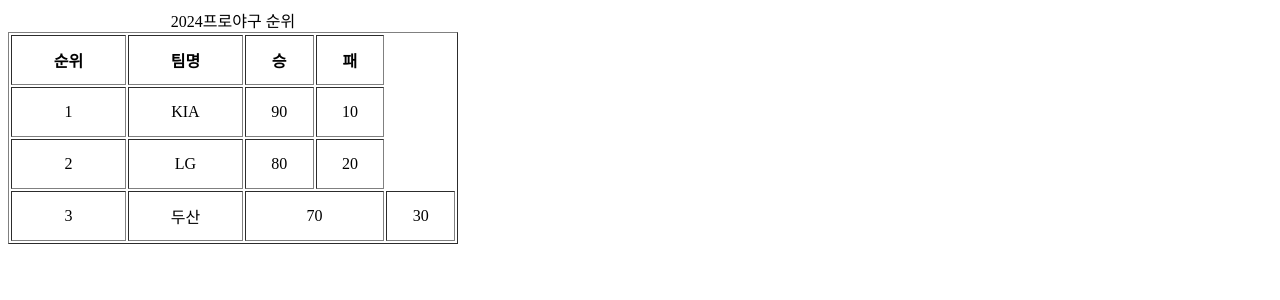
Repository: angelSuho/KCC_Learning_Repo
Page: Html/WebContent/table.html
These files come from the project's save history. The page is drawn as it stood at one moment and after the next save; the edit follows.
The browser window is 1280 px wide. The pictures show the whole page.

Above is the page before, as saved 2024-07-08 05:27:33.

### Html/WebContent/table.html
<!DOCTYPE html>
<html>
<head>
<meta charset="UTF-8">
<title>Insert title here</title>
</head>
<body>
	<table width="450" border="1">
		<caption>2024프로야구 순위</caption>
		<thead>
			<tr height="50" align="center">
				<th>순위</th>
				<th>팀명</th>
				<th>승</th>
				<th>패</th>
			</tr>
		</thead>
		<tbody>
			<tr height="50" align="center">
			<td>1</td>
			<td>KIA</td>
			<td>90</td>
			<td>10</td>
			</tr>
			<tr height="50" align="center">
			<td>2</td>
			<td>LG</td>
			<td>80</td>
			<td>20</td>
			</tr>
			<tr height="50" align="center">
			<td>3</td>
			<td>두산</td>
			<td colspan="2">70</td>
			<td>30</td>
			</tr>
		</tbody>
	</table>
</body>
</html>

After the next save:
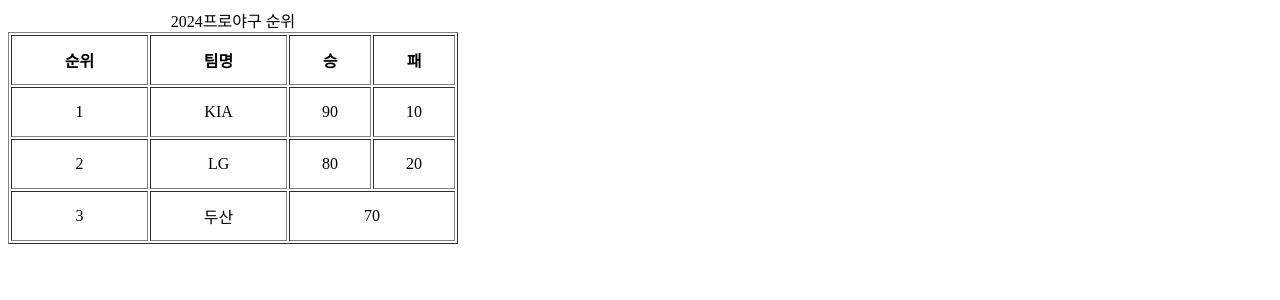
Saved 21 s later.
--- a/Html/WebContent/table.html
+++ b/Html/WebContent/table.html
@@ -32,7 +32,6 @@
 			<td>3</td>
 			<td>두산</td>
 			<td colspan="2">70</td>
-			<td>30</td>
 			</tr>
 		</tbody>
 	</table>
